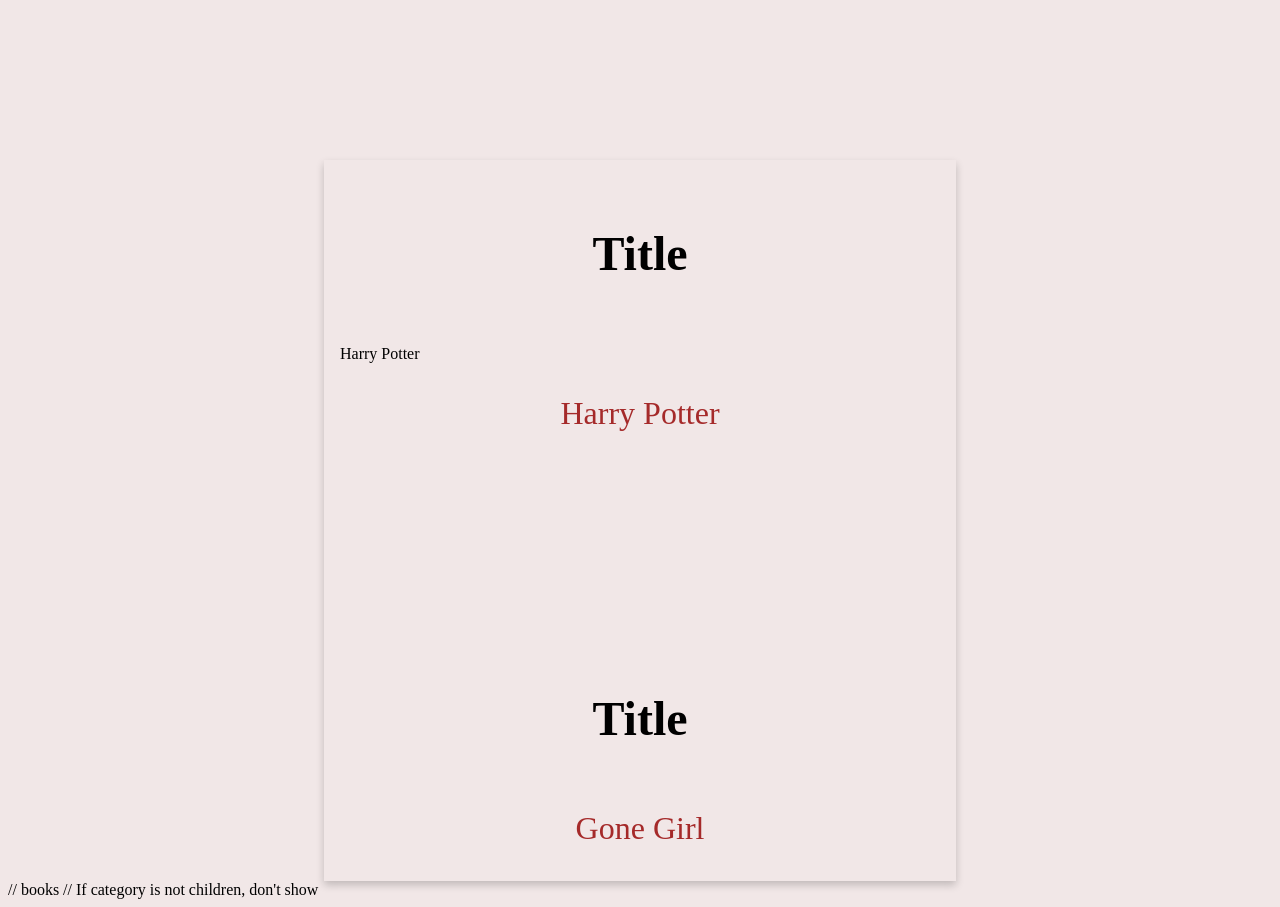
Repository: cyborgEneki/archangel-code-challenge
Page: index.html
These files come from the project's save history. The page is drawn as it stood at one moment and after the next save; the edit follows.
The browser window is 1280 px wide. The pictures show the whole page.
The style sheet was rebuilt from its Sass, Less or Tailwind sources for each picture, by a compiler version that may differ from the author's.

Above is the page before, as saved 2020-11-05 14:07:48.

After the next save:
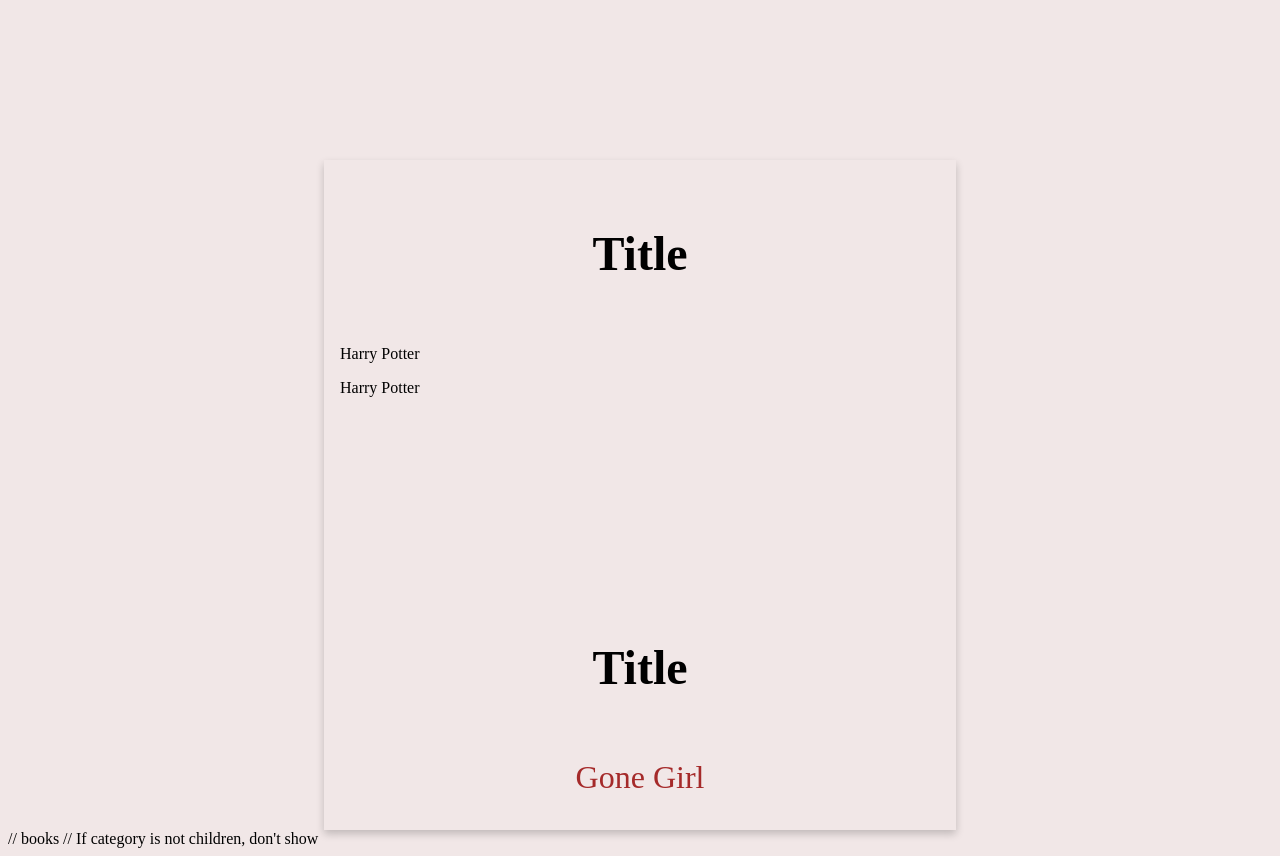
Saved 5 s later.
--- a/index.html
+++ b/index.html
@@ -14,7 +14,7 @@
                 <div class="card__container">
                     <h4 class="card__heading"><b>Title</b></h4>
                     <p class="card__title-text">Harry Potter</p>
-                    <p class="card__text">Harry Potter</p>
+                    <p class="card__genre-text">Harry Potter</p>
                 </div>
                 <div class="card__container">
                     <h4 class="card__heading"><b>Title</b></h4>
